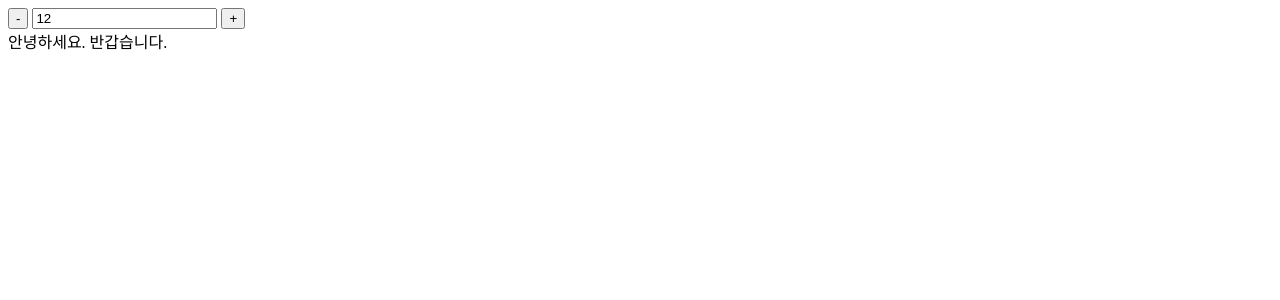
Repository: mjh1583/Hustar03_eGov
Page: http://localhost/JavaScript/js008.jsp
An editor plug-in stored every save of this project. The page is shown before and after the next save, followed by the edit.
The browser window is 1280 px wide. The pictures show the whole page.
The page is served by Tomcat 9.

Above is the page before, as saved 2021-05-06 08:02:31.

After the next save:
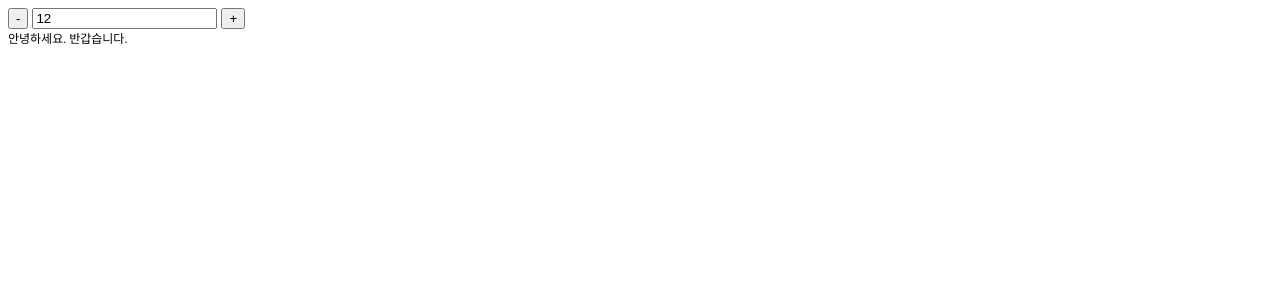
Saved 3 min 32 s later.
--- a/workspace/JavaScript/src/main/webapp/js008.jsp
+++ b/workspace/JavaScript/src/main/webapp/js008.jsp
@@ -10,14 +10,24 @@
 	<input type="button" id="btn-minus" value="-"/>
 	<input type="text" id="size" value="12"/>
 	<input type="button" id="btn-plus" value="+"/>
-	<div id="contentsArea" style="font-sizez: 12px;">
+	<div id="contentsArea" style="font-size: 12px;">
 		안녕하세요. 반갑습니다.
 	</div>
 
 
 	<script src="https://code.jquery.com/jquery-3.6.0.js"></script>
 	<script type="text/javascript">
+		/*
+			예제) 플러스 마이너스 버튼 클릭 시 size 안에 text도 변경되고 contentsArea 안의 텍스트가 해당 사이즈로 변경되게 스크립트를 만들어보세요.
+			추가로 size안의 내용도 변경 시 contentsArea안의 사이즈 변경
+		*/
+		$('button').bind('click', function() {
+			var id = $(this).attr('id');
 
+			if(id == 'btn-minus') {
+				$('#contentsArea').css
+			}
+		});
 	</script>
 </body>
 </html>
